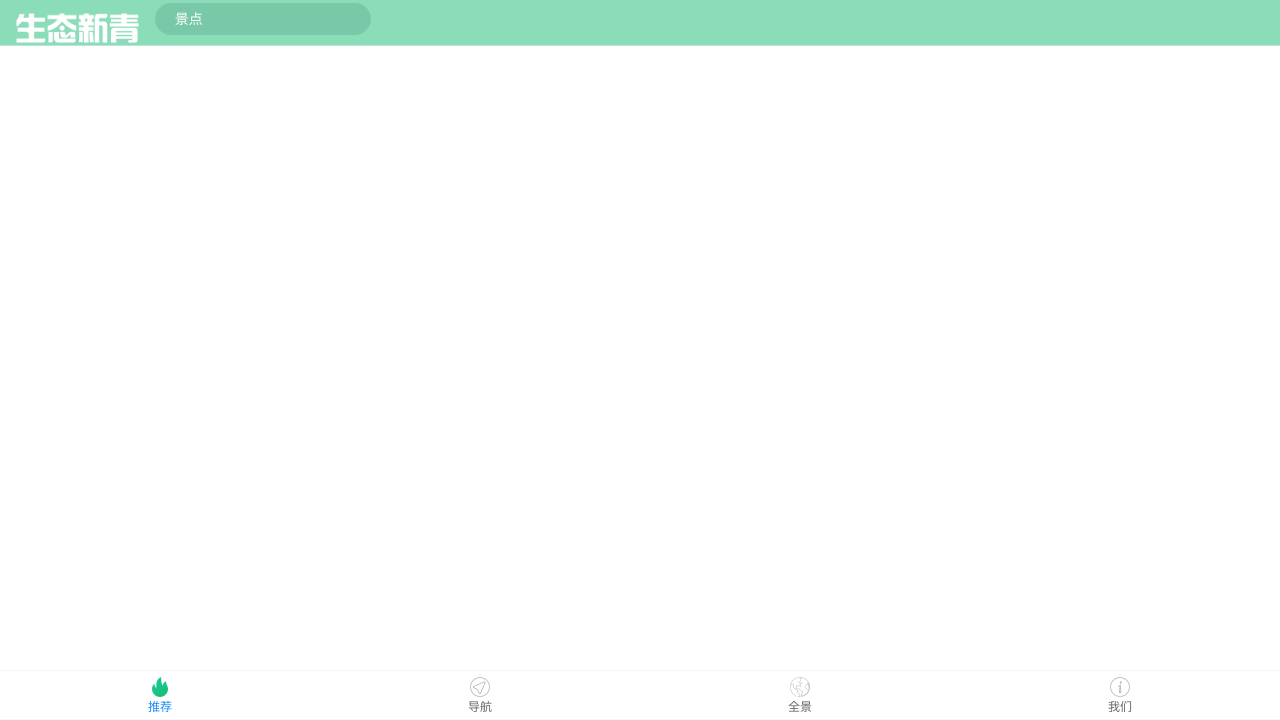
Repository: huye123/stcq
Page: /
The author's editor kept a copy of each file at every save. The page is drawn from the files as they stood at one save, then again after a run of saves.
The browser window is 1280 px wide. The pictures show the whole page.
The project was rebuilt for these pictures with package versions that can differ from the ones it lists, and the page was loaded fresh each time. Also part of the build but not shown: src/components/search.vue.

Above is the page before, as saved 2019-06-28 16:23:37.

After the next 2 saves:
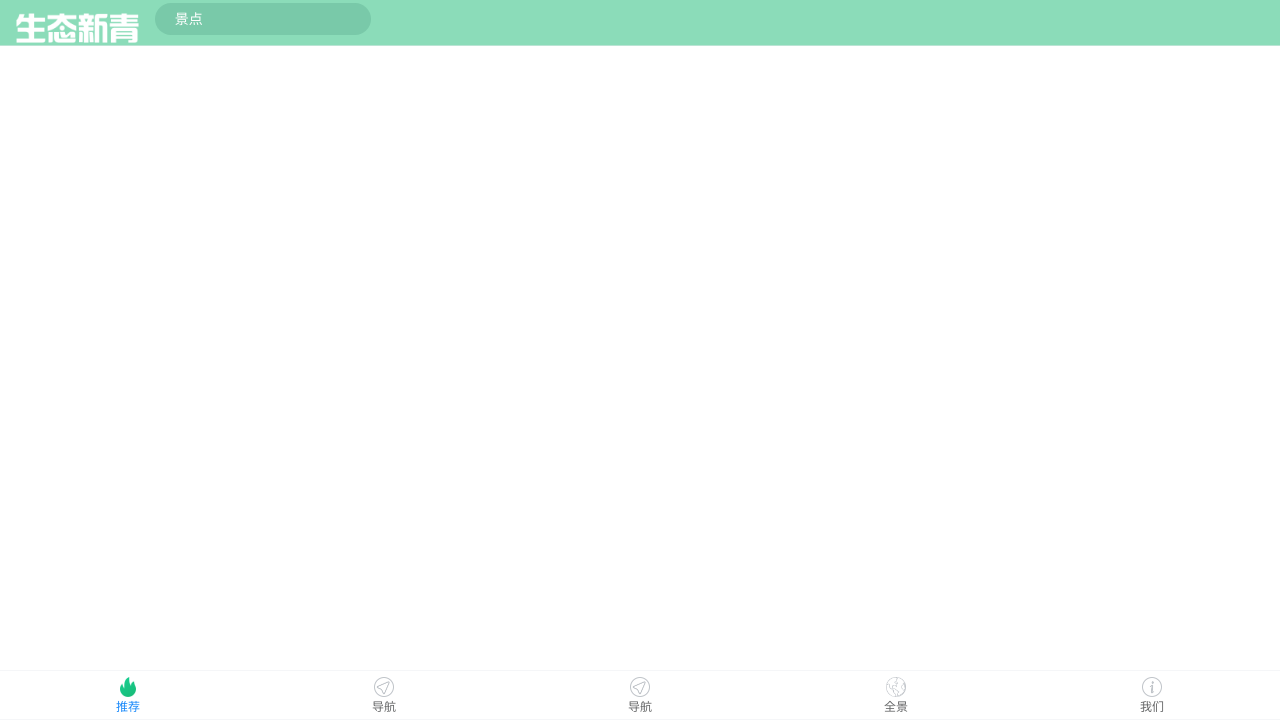
The 2 saves are shown as one change because they came seconds apart.
The last was saved 99 s later.
--- a/src/App.vue
+++ b/src/App.vue
@@ -8,6 +8,14 @@
       slot="icon"
       slot-scope="props"
       :src="props.active ? icon.active : icon.normal"
+    >
+  </van-tabbar-item>
+  <van-tabbar-item >
+    <span>导航</span>
+    <img
+      slot="icon"
+      slot-scope="search"
+      :src="search.active ? icon.active1 : icon.navigation"
     >
   </van-tabbar-item>
   <van-tabbar-item >
